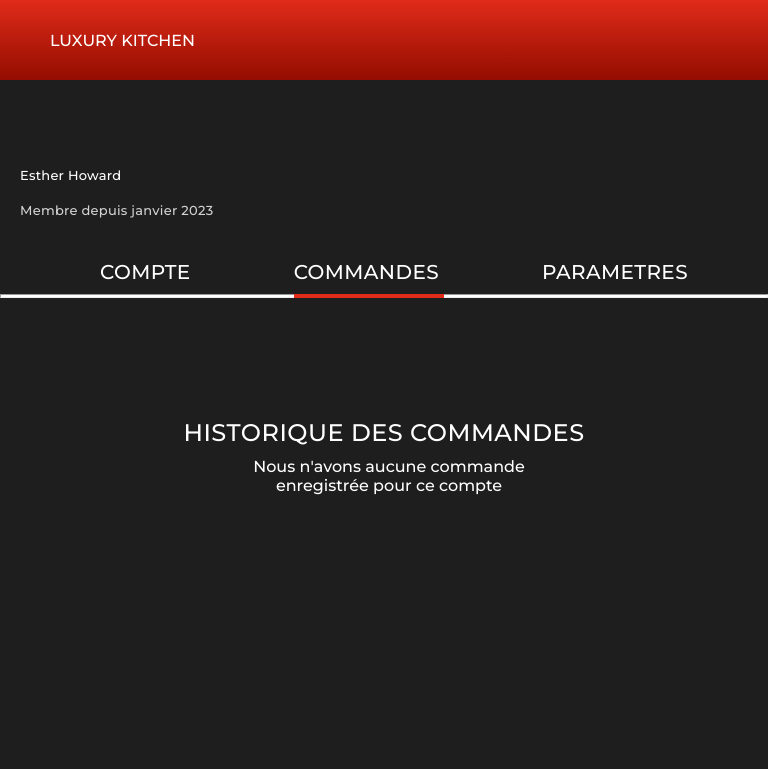
Repository: sisilass31/luxury_kitchen
Page: html/commande.html
The author's editor kept a copy of each file at every save. The page is drawn from the files as they stood at one save, then again after the next save.
The browser window is 768 px wide. The pictures show the part of the page from y = 0 to 769 px (the page is 1161 px tall before and 1152 px after).
Some icons come from a web library that is not loaded, so they are not drawn. A picture or video elsewhere on the page could not be fetched, so the positions and the page height are approximate.

Above is the page before, as saved 2023-02-17 12:46:52.

After the next save:
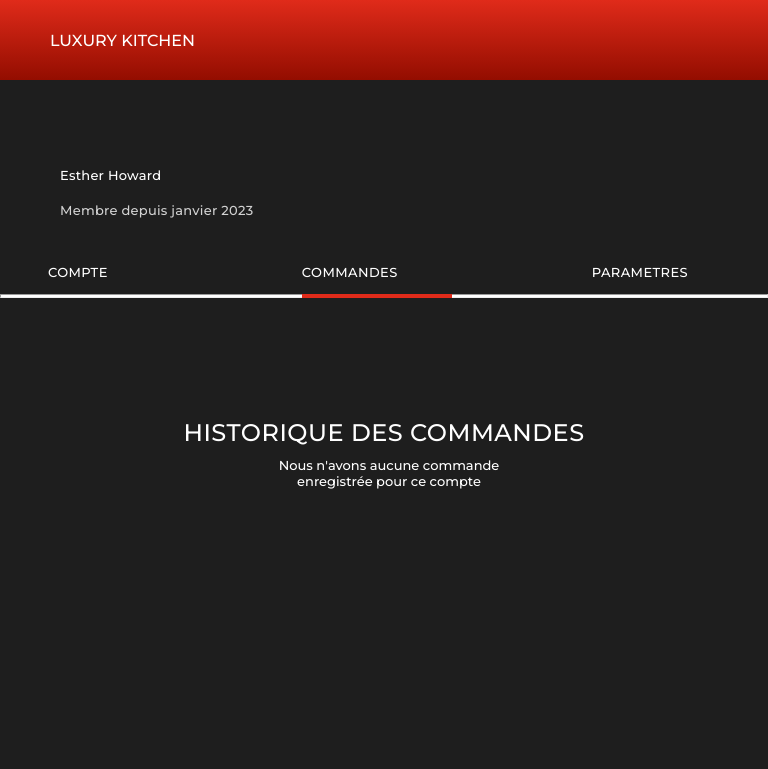
Saved 8 s later.
--- a/css/commande.css
+++ b/css/commande.css
@@ -304,7 +304,14 @@ p.p4 {
 
   }
 
-
+  p {
+    font-size: 13px;
+    margin-left: 40px;
+  }
+
+  .texte2 {
+    margin-left: 8px;
+  }
 }
 
 /* footer */
